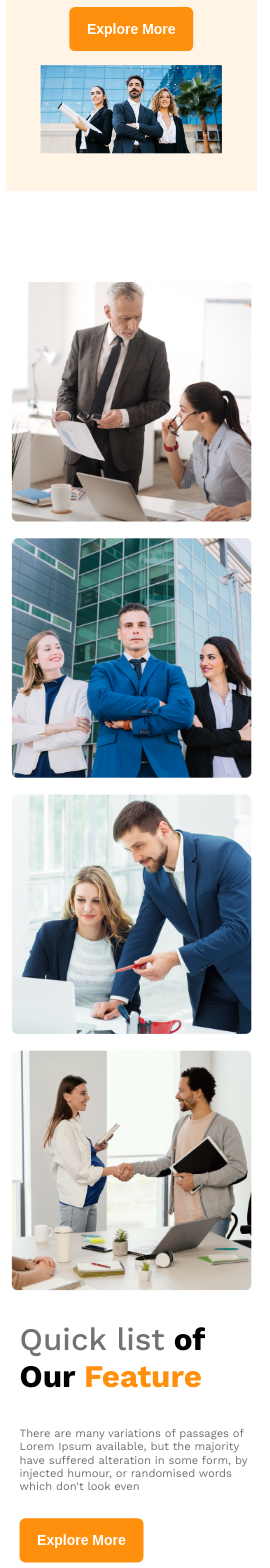
Repository: dollyrakhe22/g3-architects-website
Page: index.html
The author's editor kept a copy of each file at every save. The page is drawn from the files as they stood at one save, then again after the next save.
The browser window is 375 px wide. The page is 386 px wide, so the pictures cover 386 px, including what lies to the right of the window. The pictures show the part of the page from y = 860 to 3100 px (the page is 3100 px tall), at 70% of full size.

Above is the page before, as saved 2025-07-20 21:29:26.

### index.html
<!DOCTYPE html>
<html lang="en">
<head>
    <meta charset="UTF-8">
    <meta name="viewport" content="width=device-width, initial-scale=1.0">
    <title>Architects Website</title>
    <link rel="stylesheet" href="style.css">
</head>
<body class="work-sans-font">
   <header>
     <header class="bg-light">
           <nav class="navbar  display-flex">
             <h3 class="brand">G3 Architects</h3>
             <ul class="nav-links display-flex">
              <li class="nav-item"><a href="" class="nav-link text-gray ">Home</a></li>
              <li class="nav-item"><a href="" class="nav-link text-gray ">About</a></li>
              <li class="nav-item"><a href="" class="nav-link text-gray ">Contact Us</a></li>
              <li class="nav-item"><a href="" class="nav-link text-gray ">Login</a></li>
             </ul>
           </nav>
           <div class="banner">
          <div class="banner-content">
              <h1 class="banner-title">Brand New Group of Architects </h1>
              <p class="banner-description">There are many variations of passages of Lorem Ipsum available, but the majority have suffered alteration in some form, by injected humour,
              or randomised words which don't look even</p>
            <button class="btn-primary">Explore More</button>
          </div>
            <img class="banner-img" src="images/banner.png" alt="" srcset="">
           </div>
    </header>

   <main>
    <section class="teams display-flex">
      <div class="team-img-container">
      <img src="images/team1.png" alt="" srcset="">
      <img src="images/team2.png" alt="" srcset="">
      <img src="images/team3.png" alt="" srcset="">
      <img src="images/team4.png" alt="" srcset="">
      </div>
      <div class="our-features">
          <h3 class="feature-title"><span id="quick-list" class="text-light-gray">Quick list</span> of Our <span class="text-primary">Feature</span></h3>
           <p class="feature-description  text-light-gray">There are many variations of passages of Lorem Ipsum available, but the majority have suffered alteration in some form, by injected humour,
             or randomised words which don't look even</p>
             <button class="btn-primary">Explore More</button>
      </div>
    </section>

   </main>
    <footer>

    </footer>
</body>
</html>

### style.css
@import url('https://fonts.googleapis.com/css2?family=Work+Sans:ital,wght@0,100..900;1,100..900&display=swap');

.work-sans-font {
  font-family: "Work Sans", sans-serif;
  font-optical-sizing: auto;
  font-weight: 400px;
  font-style: normal;
}
/*shared styles*/
.display-flex{
  display: flex;
}
/*dark 02*/
.text-gray{
  color: #424242;
}
/*dark 03*/
.text-light-gray{
  color:#727272;
}
.text-primary{
  color:#FF900E;
}
.navbar{
  justify-content: space-between;
  align-items: center;
}
.bg-light{
  background-color: rgba(255, 144, 14, 0.1);
}
.brand{
  font-weight: 700;
  font-size: 3rem;
}
/*header styles*/
/*main*/
main{
  max-width: 1200px;
  margin: 0 auto;
}
main> section{
  margin-top: 130px;
}
/*navbar related styles*/
.navbar{
  display: flex;
}
.nav-item{
  list-style: none;
  margin-right: 30px;
}
.nav-link{
  text-decoration: none;
  font-size: 500;
}
.navbar,.banner {
  max-width: 1200px;
  margin: 0 auto;

}


/*banner related styles*/
.banner-content{
  max-width: 800px;
  margin: 0 auto;
  text-align: center;
  margin-bottom: 20px;

}
.banner{
  padding: 50px;

}
.banner-img{
  width: 100%;
}
.banner-title{
  font-weight: 700;
  font-size: 4rem;
}
.banner-description{
  font-size: 13px;


}
.btn-primary{
  background-color: #FF900E;
  color: white;
  padding: 20px 25px;
  font-size: 1.25rem;
  font-weight: 600;
  border:none;
  border-radius: 8px;
  margin-top: 20px;
  margin-top: 20px;

}
/*team work and features style*/
.teams{
  align-items: center;
}
.team-img-container{
   display: grid;
  grid-template-columns: repeat(2, 1fr);
  gap: 24px;
}
.our-features{
  margin-left: 130px;
  max-width: 530px;
}
.feature-title{
  font-size: 2.8rem;
  font-weight: 700;
}
#quick-list{
  font-weight: 500;
}
.feature{
  color:#FF900E;
}

/*responsive media query*/
@media screen and (max-width: 576px){
  .navbar, .nav-link, .teams{
    flex-direction: column;
  }
.team-img-container{
  grid-template-columns: repeat(1, 1fr);

}
.our-features{
  margin-left: 20px;
}
}

After the next save:
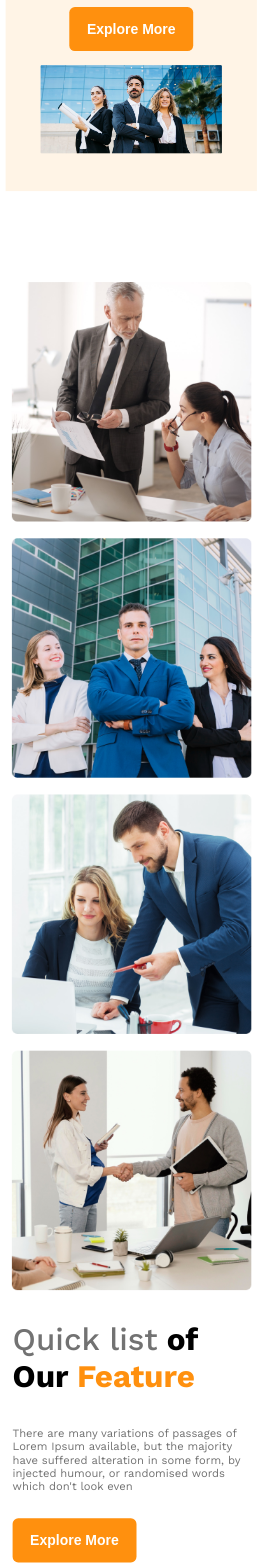
Saved 96 s later.
--- a/style.css
+++ b/style.css
@@ -130,6 +130,6 @@ main> section{
 
 }
 .our-features{
-  margin-left: 20px;
+  margin-left: 10px;
 }
 }
